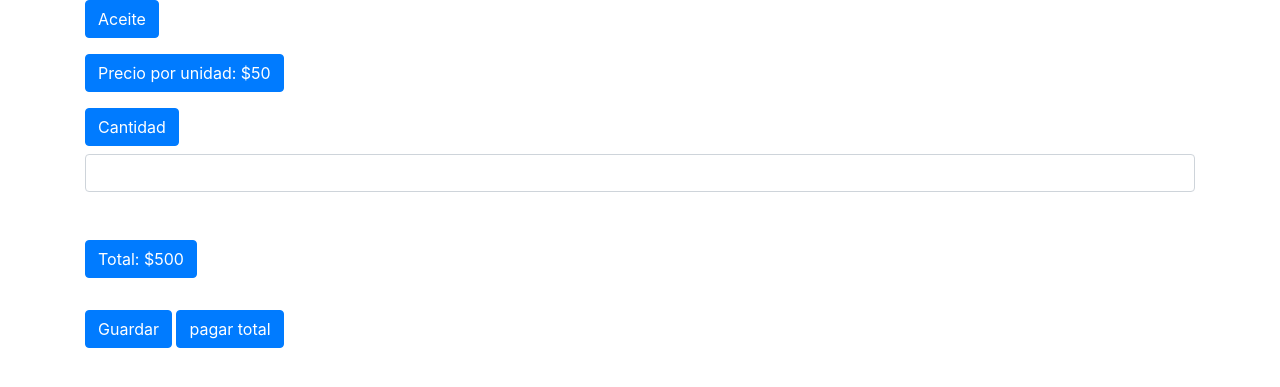
Repository: Alemartinez97/New-Repository
Page: programacion-3/tp4/carrito/detalleCompra/producto.html
An editor plug-in stored every save of this project. The page is shown before and after the next save, followed by the edit.
The browser window is 1280 px wide. The pictures show the whole page.

Above is the page before, as saved 2020-06-18 17:23:23.

After the next save:
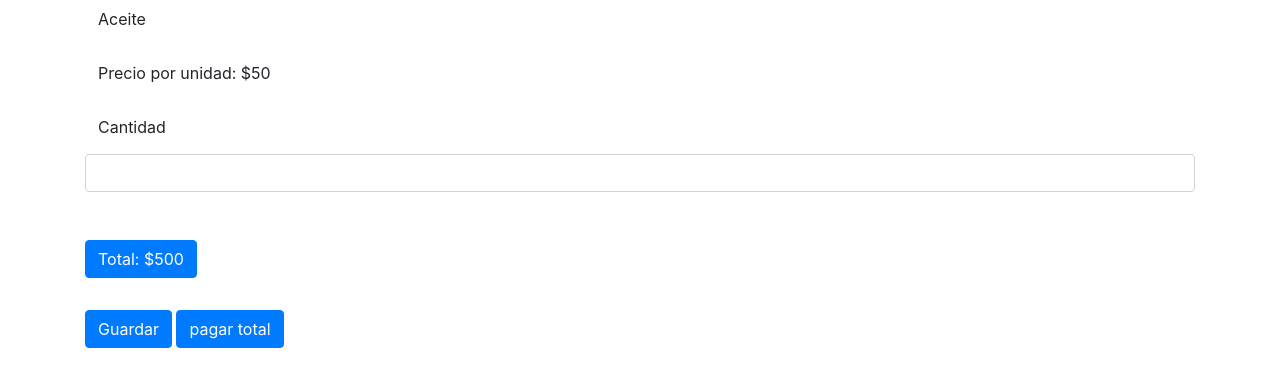
Saved 40 s later.
--- a/programacion-3/tp4/carrito/detalleCompra/producto.html
+++ b/programacion-3/tp4/carrito/detalleCompra/producto.html
@@ -9,11 +9,11 @@
 <body>
     <div class="container">
         <form class="form-group">
-            <p class="btn btn-primary">Aceite</p>
+            <p class="btn">Aceite</p>
         </br>
-        <p class="btn btn-primary">Precio por unidad: $50</p>
+        <p class="btn">Precio por unidad: $50</p>
         </br>
-            <label for="" class="btn btn-primary">Cantidad</label>
+            <label for="" class="btn">Cantidad</label>
             <input type="number" id="marca" class="form-control"  aria-describedby="emailHelp" required><br>
         </br>
         <p class="btn btn-primary">Total: $500</p>

After the save that followed:
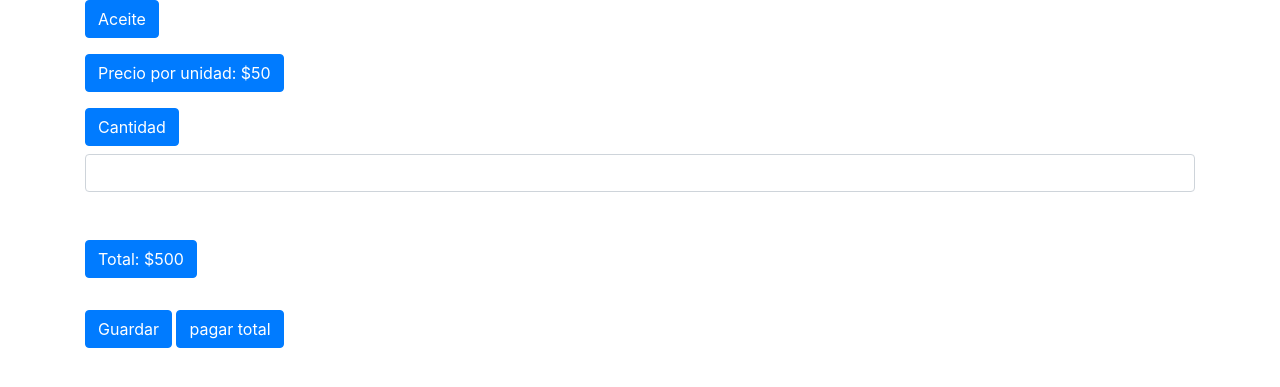
Saved 24 s later.
--- a/programacion-3/tp4/carrito/detalleCompra/producto.html
+++ b/programacion-3/tp4/carrito/detalleCompra/producto.html
@@ -9,16 +9,17 @@
 <body>
     <div class="container">
         <form class="form-group">
-            <p class="btn">Aceite</p>
+            <p class="btn btn-primary">Aceite</p>
         </br>
-        <p class="btn">Precio por unidad: $50</p>
+        <p class="btn btn-primary">Precio por unidad: $50</p>
         </br>
-            <label for="" class="btn">Cantidad</label>
+            <label for="" class="btn btn-primary">Cantidad</label>
             <input type="number" id="marca" class="form-control"  aria-describedby="emailHelp" required><br>
         </br>
         <p class="btn btn-primary">Total: $500</p>
     </br>
         </form>
+
 
         <a href="../carrito.html" class="btn btn-primary">Guardar</a>
         <button onclick="enviarDatos()" class="btn btn-primary">pagar total</button>
